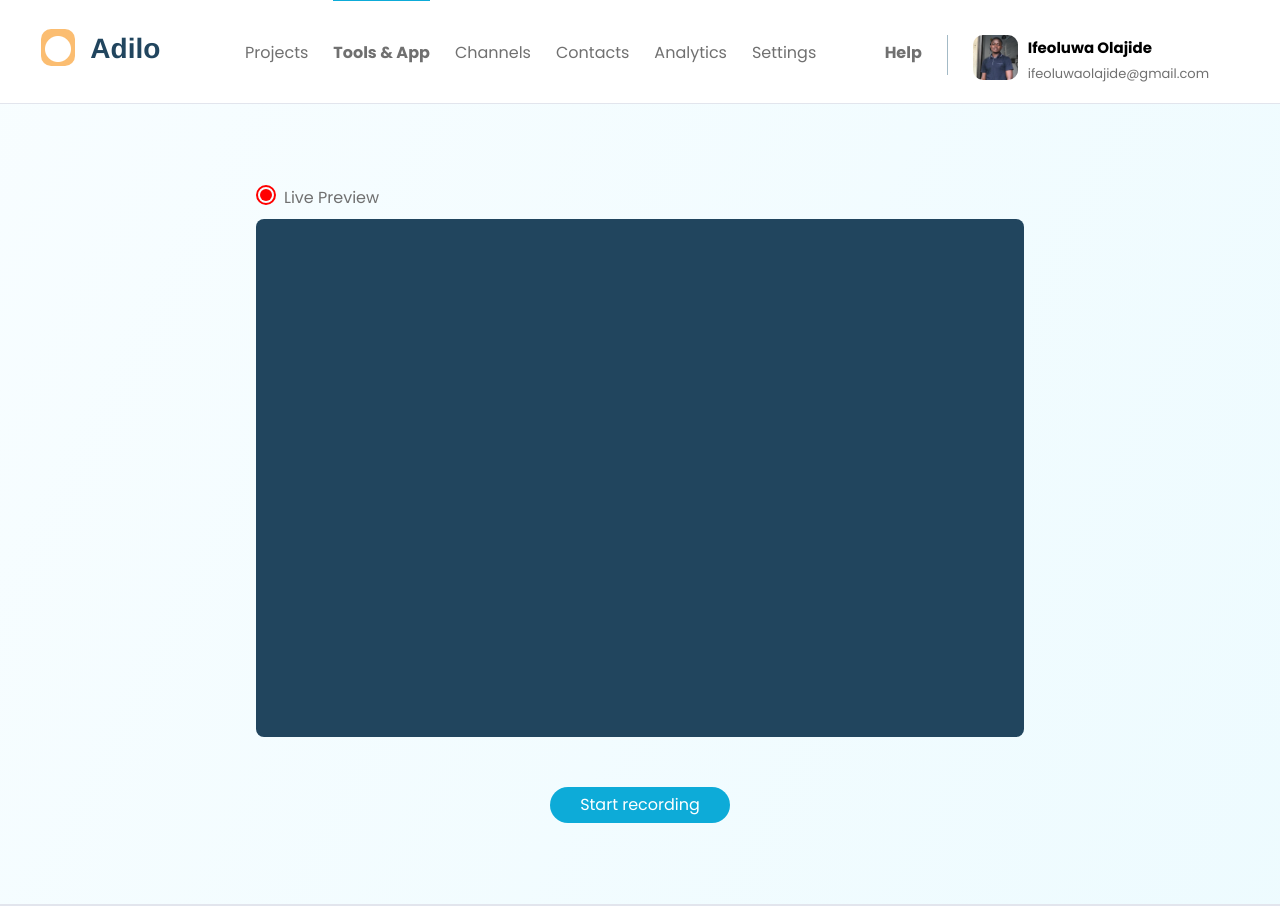
Repository: olhighjay/video_recorder
Page: /
The author's editor kept a copy of each file at every save. The page is drawn from the files as they stood at one save, then again after the next save.
The browser window is 1280 px wide. The pictures show the whole page.
The page's requests for data from a server got no answer. Some web libraries are served in a nearby version. The project was rebuilt for these pictures with package versions that can differ from the ones it lists, and the page was loaded fresh each time. No one was signed in, and anything a server would have sent is missing. Also part of the build but not shown: vue.config.js, src/components/DataTable.vue, src/components/EmptyRecorded.vue.

Above is the page before, as saved 2022-07-29 13:31:41.

After the next save:
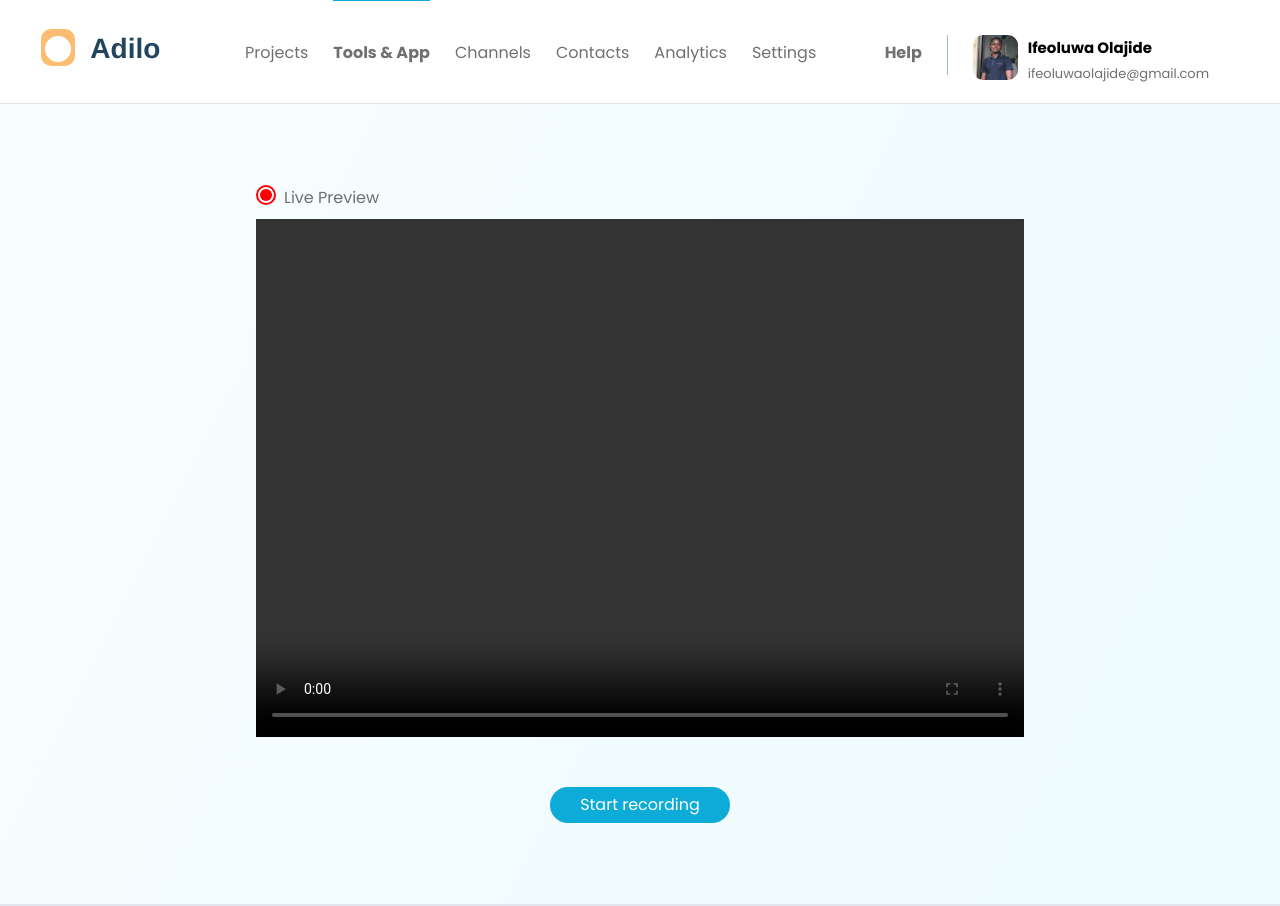
Saved 82 s later.
--- a/src/App.vue
+++ b/src/App.vue
@@ -203,7 +203,7 @@ navigator.mediaDevices.getUserMedia(vidRecordOptions)
     // }, 8000);
 })
 .catch(
-  this.myPermissionAccepted= false,
+  // this.myPermissionAccepted= false,
   function(err) {
   // this.myPermissionAccepted= false;
     console.log("See am here");
